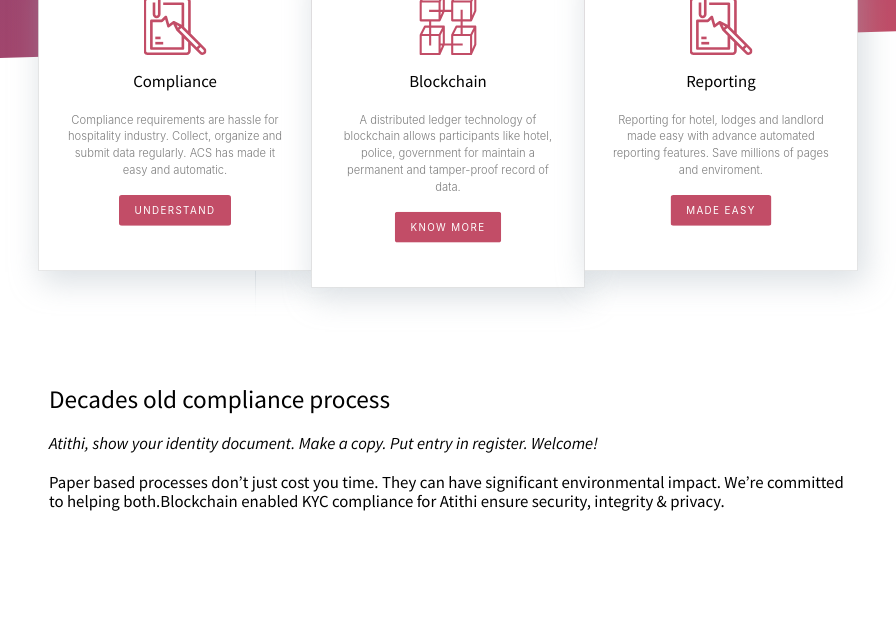
Repository: agarwalrahul-22/acs
Page: /blog
The author's editor kept a copy of each file at every save. The page is drawn from the files as they stood at one save, then again after the next save.
The browser window is 1280 px wide. The pictures show the part of the page from y = 801 to 2721 px (the page is 1701 px tall before and 2721 px after), at 70% of full size.
The project was rebuilt for these pictures with package versions that can differ from the ones it lists, and the page was loaded fresh each time. Also part of the build but not shown: src/components/ImpactComponent.js, src/components/ServicesComponent.js, src/components/CitiesComponent.js, src/components/FooterComponent.js.

Above is the page before, as saved 2022-10-09 17:04:53.

### public/index.html
<!DOCTYPE html>
<html lang="en">
  <head>
    <meta charset="utf-8" />
    <link rel="icon" href="%PUBLIC_URL%/favicon.ico" />
    <meta name="viewport" content="width=device-width, initial-scale=1" />
    <meta name="theme-color" content="#000000" />
    <meta name="description" content="Blockchain based Atithi Compliance System" />
    <link rel="apple-touch-icon" href="%PUBLIC_URL%/logo192.png" />
    <link href='https://fonts.googleapis.com/css?family=Source+Sans+Pro:400,300,600,400italic,700' rel='stylesheet'
      type='text/css'>
    <link rel="stylesheet" href="css/animate.css">
    <link rel="stylesheet" href="css/icomoon.css">
    <link rel="stylesheet" href="css/simple-line-icons.css">
    <link rel="stylesheet" href="css/magnific-popup.css">
    <link rel="stylesheet" href="css/bootstrap.css">
    <link rel="stylesheet" href="css/style3.css">
    <!--
      manifest.json provides metadata used when your web app is installed on a
      user's mobile device or desktop. See https://developers.google.com/web/fundamentals/web-app-manifest/
    -->
    <link rel="manifest" href="%PUBLIC_URL%/manifest.json" />
    <!--
      Notice the use of %PUBLIC_URL% in the tags above.
      It will be replaced with the URL of the `public` folder during the build.
      Only files inside the `public` folder can be referenced from the HTML.

      Unlike "/favicon.ico" or "favicon.ico", "%PUBLIC_URL%/favicon.ico" will
      work correctly both with client-side routing and a non-root public URL.
      Learn how to configure a non-root public URL by running `npm run build`.
    -->
    <title>Atithi Compliance System</title>
  </head>
  <body>
    <noscript>You need to enable JavaScript to run this app.</noscript>
    <div id="root"></div>
    <!--
      This HTML file is a template.
      If you open it directly in the browser, you will see an empty page.

      You can add webfonts, meta tags, or analytics to this file.
      The build step will place the bundled scripts into the <body> tag.

      To begin the development, run `npm start` or `yarn start`.
      To create a production bundle, use `npm run build` or `yarn build`.
    -->
  </body>
</html>

### src/App.js
import React from "react";
import HeaderComponent from "./components/HeaderComponent";
import LandingComponent from "./components/LandingComponent";
import TechComponent from "./components/TechComponent";
import ImpactComponent from "./components/ImpactComponent";
import ServicesComponent from "./components/ServicesComponent";
import CitiesComponent from "./components/CitiesComponent";
import FooterComponent from "./components/FooterComponent";
function App() {
  return (
    <div className="App">
      <HeaderComponent />
      <LandingComponent />
      {/* <TechComponent /> */}
      {/* <ImpactComponent /> */}
      {/* <ServicesComponent /> */}
      {/* <CitiesComponent /> */}
      {/* <FooterComponent /> */}
    </div>
  );
}

export default App;

### public/css/simple-line-icons.css
@font-face {
  font-family: 'simple-line-icons';
  src:  url('../fonts/simple-line-icons/Simple-Line-Icons.eot?v=2.2.2');
  src:  url('../fonts/simple-line-icons/Simple-Line-Icons.eot?#iefix&v=2.2.2') format('embedded-opentype'),
        url('../fonts/simple-line-icons/Simple-Line-Icons.ttf?v=2.2.2') format('truetype'),
        url('../fonts/simple-line-icons/Simple-Line-Icons.woff2?v=2.2.2') format('woff2'),
        url('../fonts/simple-line-icons/Simple-Line-Icons.woff?v=2.2.2') format('woff'),
        url('../fonts/simple-line-icons/Simple-Line-Icons.svg?v=2.2.2#simple-line-icons') format('svg');
  font-weight: normal;
  font-style: normal;
}
/*
 Use the following CSS code if you want to have a class per icon.
 Instead of a list of all class selectors, you can use the generic [class*="icon-"] selector, but it's slower:
*/
.icon-user,
.icon-people,
.icon-user-female,
.icon-user-follow,
.icon-user-following,
.icon-user-unfollow,
.icon-login,
.icon-logout,
.icon-emotsmile,
.icon-phone,
.icon-call-end,
.icon-call-in,
.icon-call-out,
.icon-map,
.icon-location-pin,
.icon-direction,
.icon-directions,
.icon-compass,
.icon-layers,
.icon-menu,
.icon-list,
.icon-options-vertical,
.icon-options,
.icon-arrow-down,
.icon-arrow-left,
.icon-arrow-right,
.icon-arrow-up,
.icon-arrow-up-circle,
.icon-arrow-left-circle,
.icon-arrow-right-circle,
.icon-arrow-down-circle,
.icon-check,
.icon-clock,
.icon-plus,
.icon-close,
.icon-trophy,
.icon-screen-smartphone,
.icon-screen-desktop,
.icon-plane,
.icon-notebook,
.icon-mustache,
.icon-mouse,
.icon-magnet,
.icon-energy,
.icon-disc,
.icon-cursor,
.icon-cursor-move,
.icon-crop,
.icon-chemistry,
.icon-speedometer,
.icon-shield,
.icon-screen-tablet,
.icon-magic-wand,
.icon-hourglass,
.icon-graduation,
.icon-ghost,
.icon-game-controller,
.icon-fire,
.icon-eyeglass,
.icon-envelope-open,
.icon-envelope-letter,
.icon-bell,
.icon-badge,
.icon-anchor,
.icon-wallet,
.icon-vector,
.icon-speech,
.icon-puzzle,
.icon-printer,
.icon-present,
.icon-playlist,
.icon-pin,
.icon-picture,
.icon-handbag,
.icon-globe-alt,
.icon-globe,
.icon-folder-alt,
.icon-folder,
.icon-film,
.icon-feed,
.icon-drop,
.icon-drawar,
.icon-docs,
.icon-doc,
.icon-diamond,
.icon-cup,
.icon-calculator,
.icon-bubbles,
.icon-briefcase,
.icon-book-open,
.icon-basket-loaded,
.icon-basket,
.icon-bag,
.icon-action-undo,
.icon-action-redo,
.icon-wrench,
.icon-umbrella,
.icon-trash,
.icon-tag,
.icon-support,
.icon-frame,
.icon-size-fullscreen,
.icon-size-actual,
.icon-shuffle,
.icon-share-alt,
.icon-share,
.icon-rocket,
.icon-question,
.icon-pie-chart,
.icon-pencil,
.icon-note,
.icon-loop,
.icon-home,
.icon-grid,
.icon-graph,
.icon-microphone,
.icon-music-tone-alt,
.icon-music-tone,
.icon-earphones-alt,
.icon-earphones,
.icon-equalizer,
.icon-like,
.icon-dislike,
.icon-control-start,
.icon-control-rewind,
.icon-control-play,
.icon-control-pause,
.icon-control-forward,
.icon-control-end,
.icon-volume-1,
.icon-volume-2,
.icon-volume-off,
.icon-calendar,
.icon-bulb,
.icon-chart,
.icon-ban,
.icon-bubble,
.icon-camrecorder,
.icon-camera,
.icon-cloud-download,
.icon-cloud-upload,
.icon-envelope,
.icon-eye,
.icon-flag,
.icon-heart,
.icon-info,
.icon-key,
.icon-link,
.icon-lock,
.icon-lock-open,
.icon-magnifier,
.icon-magnifier-add,
.icon-magnifier-remove,
.icon-paper-clip,
.icon-paper-plane,
.icon-power,
.icon-refresh,
.icon-reload,
.icon-settings,
.icon-star,
.icon-symble-female,
.icon-symbol-male,
.icon-target,
.icon-credit-card,
.icon-paypal,
.icon-social-tumblr,
.icon-social-twitter,
.icon-social-facebook,
.icon-social-instagram,
.icon-social-linkedin,
.icon-social-pinterest,
.icon-social-github,
.icon-social-gplus,
.icon-social-reddit,
.icon-social-skype,
.icon-social-dribbble,
.icon-social-behance,
.icon-social-foursqare,
.icon-social-soundcloud,
.icon-social-spotify,
.icon-social-stumbleupon,
.icon-social-youtube,
.icon-social-dropbox {
  font-family: 'simple-line-icons';
  speak: none;
  font-style: normal;
  font-weight: normal;
  font-variant: normal;
  text-transform: none;
  line-height: 1;
  /* Better Font Rendering =========== */
  -webkit-font-smoothing: antialiased;
  -moz-osx-font-smoothing: grayscale;
}
.icon-user:before {
  content: "\e005";
}
.icon-people:before {
  content: "\e001";
}
.icon-user-female:before {
  content: "\e000";
}
.icon-user-follow:before {
  content: "\e002";
}
.icon-user-following:before {
  content: "\e003";
}
.icon-user-unfollow:before {
  content: "\e004";
}
.icon-login:before {
  content: "\e066";
}
.icon-logout:before {
  content: "\e065";
}
.icon-emotsmile:before {
  content: "\e021";
}
.icon-phone:before {
  content: "\e600";
}
.icon-call-end:before {
  content: "\e048";
}
.icon-call-in:before {
  content: "\e047";
}
.icon-call-out:before {
  content: "\e046";
}
.icon-map:before {
  content: "\e033";
}
.icon-location-pin:before {
  content: "\e096";
}
.icon-direction:before {
  content: "\e042";
}
.icon-directions:before {
  content: "\e041";
}
.icon-compass:before {
  content: "\e045";
}
.icon-layers:before {
  content: "\e034";
}
.icon-menu:before {
  content: "\e601";
}
.icon-list:before {
  content: "\e067";
}
.icon-options-vertical:before {
  content: "\e602";
}
.icon-options:before {
  content: "\e603";
}
.icon-arrow-down:before {
  content: "\e604";
}
.icon-arrow-left:before {
  content: "\e605";
}
.icon-arrow-right:before {
  content: "\e606";
}
.icon-arrow-up:before {
  content: "\e607";
}
.icon-arrow-up-circle:before {
  content: "\e078";
}
.icon-arrow-left-circle:before {
  content: "\e07a";
}
.icon-arrow-right-circle:before {
  content: "\e079";
}
.icon-arrow-down-circle:before {
  content: "\e07b";
}
.icon-check:before {
  content: "\e080";
}
.icon-clock:before {
  content: "\e081";
}
.icon-plus:before {
  content: "\e095";
}
.icon-close:before {
  content: "\e082";
}
.icon-trophy:before {
  content: "\e006";
}
.icon-screen-smartphone:before {
  content: "\e010";
}
.icon-screen-desktop:before {
  content: "\e011";
}
.icon-plane:before {
  content: "\e012";
}
.icon-notebook:before {
  content: "\e013";
}
.icon-mustache:before {
  content: "\e014";
}
.icon-mouse:before {
  content: "\e015";
}
.icon-magnet:before {
  content: "\e016";
}
.icon-energy:before {
  content: "\e020";
}
.icon-disc:before {
  content: "\e022";
}
.icon-cursor:before {
  content: "\e06e";
}
.icon-cursor-move:before {
  content: "\e023";
}
.icon-crop:before {
  content: "\e024";
}
.icon-chemistry:before {
  content: "\e026";
}
.icon-speedometer:before {
  content: "\e007";
}
.icon-shield:before {
  content: "\e00e";
}
.icon-screen-tablet:before {
  content: "\e00f";
}
.icon-magic-wand:before {
  content: "\e017";
}
.icon-hourglass:before {
  content: "\e018";
}
.icon-graduation:before {
  content: "\e019";
}
.icon-ghost:before {
  content: "\e01a";
}
.icon-game-controller:before {
  content: "\e01b";
}
.icon-fire:before {
  content: "\e01c";
}
.icon-eyeglass:before {
  content: "\e01d";
}
.icon-envelope-open:before {
  content: "\e01e";
}
.icon-envelope-letter:before {
  content: "\e01f";
}
.icon-bell:before {
  content: "\e027";
}
.icon-badge:before {
  content: "\e028";
}
.icon-anchor:before {
  content: "\e029";
}
.icon-wallet:before {
  content: "\e02a";
}
.icon-vector:before {
  content: "\e02b";
}
.icon-speech:before {
  content: "\e02c";
}
.icon-puzzle:before {
  content: "\e02d";
}
.icon-printer:before {
  content: "\e02e";
}
.icon-present:before {
  content: "\e02f";
}
.icon-playlist:before {
  content: "\e030";
}
.icon-pin:before {
  content: "\e031";
}
.icon-picture:before {
  content: "\e032";
}
.icon-handbag:before {
  content: "\e035";
}
.icon-globe-alt:before {
  content: "\e036";
}
.icon-globe:before {
  content: "\e037";
}
.icon-folder-alt:before {
  content: "\e039";
}
.icon-folder:before {
  content: "\e089";
}
.icon-film:before {
  content: "\e03a";
}
.icon-feed:before {
  content: "\e03b";
}
.icon-drop:before {
  content: "\e03e";
}
.icon-drawar:before {
  content: "\e03f";
}
.icon-docs:before {
  content: "\e040";
}
.icon-doc:before {
  content: "\e085";
}
.icon-diamond:before {
  content: "\e043";
}
.icon-cup:before {
  content: "\e044";
}
.icon-calculator:before {
  content: "\e049";
}
.icon-bubbles:before {
  content: "\e04a";
}
.icon-briefcase:before {
  content: "\e04b";
}
.icon-book-open:before {
  content: "\e04c";
}
.icon-basket-loaded:before {
  content: "\e04d";
}
.icon-basket:before {
  content: "\e04e";
}
.icon-bag:before {
  content: "\e04f";
}
.icon-action-undo:before {
  content: "\e050";
}
.icon-action-redo:before {
  content: "\e051";
}
.icon-wrench:before {
  content: "\e052";
}
.icon-umbrella:before {
  content: "\e053";
}
.icon-trash:before {
  content: "\e054";
}
.icon-tag:before {
  content: "\e055";
}
.icon-support:before {
  content: "\e056";
}
.icon-frame:before {
  content: "\e038";
}
.icon-size-fullscreen:before {
  content: "\e057";
}
.icon-size-actual:before {
  content: "\e058";
}
.icon-shuffle:before {
  content: "\e059";
}
.icon-share-alt:before {
  content: "\e05a";
}
.icon-share:before {
  content: "\e05b";
}
.icon-rocket:before {
  content: "\e05c";
}
.icon-question:before {
  content: "\e05d";
}
.icon-pie-chart:before {
  content: "\e05e";
}
.icon-pencil:before {
  content: "\e05f";
}
.icon-note:before {
  content: "\e060";
}
.icon-loop:before {
  content: "\e064";
}
.icon-home:before {
  content: "\e069";
}
.icon-grid:before {
  content: "\e06a";
}
.icon-graph:before {
  content: "\e06b";
}
.icon-microphone:before {
  content: "\e063";
}
.icon-music-tone-alt:before {
  content: "\e061";
}
.icon-music-tone:before {
  content: "\e062";
}
.icon-earphones-alt:before {
  content: "\e03c";
}
.icon-earphones:before {
  content: "\e03d";
}
.icon-equalizer:before {
  content: "\e06c";
}
.icon-like:before {
  content: "\e068";
}
.icon-dislike:before {
  content: "\e06d";
}
.icon-control-start:before {
  content: "\e06f";
}
.icon-control-rewind:before {
  content: "\e070";
}
.icon-control-play:before {
  content: "\e071";
}
.icon-control-pause:before {
  content: "\e072";
}
.icon-control-forward:before {
  content: "\e073";
}
.icon-control-end:before {
  content: "\e074";
}
.icon-volume-1:before {
  content: "\e09f";
}
.icon-volume-2:before {
  content: "\e0a0";
}
.icon-volume-off:before {
  content: "\e0a1";
}
.icon-calendar:before {
  content: "\e075";
}
.icon-bulb:before {
  content: "\e076";
}
.icon-chart:before {
  content: "\e077";
}
.icon-ban:before {
  content: "\e07c";
}
.icon-bubble:before {
  content: "\e07d";
}
.icon-camrecorder:before {
  content: "\e07e";
}
.icon-camera:before {
  content: "\e07f";
}
.icon-cloud-download:before {
  content: "\e083";
}
.icon-cloud-upload:before {
  content: "\e084";
}
.icon-envelope:before {
  content: "\e086";
}
.icon-eye:before {
  content: "\e087";
}
.icon-flag:before {
  content: "\e088";
}
.icon-heart:before {
  content: "\e08a";
}
.icon-info:before {
  content: "\e08b";
}
.icon-key:before {
  content: "\e08c";
}
.icon-link:before {
  content: "\e08d";
}
.icon-lock:before {
  content: "\e08e";
}
.icon-lock-open:before {
  content: "\e08f";
}
.icon-magnifier:before {
  content: "\e090";
}
.icon-magnifier-add:before {
  content: "\e091";
}
.icon-magnifier-remove:before {
  content: "\e092";
}
.icon-paper-clip:before {
  content: "\e093";
}
.icon-paper-plane:before {
  content: "\e094";
}
.icon-power:before {
  content: "\e097";
}
.icon-refresh:before {
  content: "\e098";
}
.icon-reload:before {
  content: "\e099";
}
.icon-settings:before {
  content: "\e09a";
}
.icon-star:before {
  content: "\e09b";
}
.icon-symble-female:before {
  content: "\e09c";
}
.icon-symbol-male:before {
  content: "\e09d";
}
.icon-target:before {
  content: "\e09e";
}
.icon-credit-card:before {
  content: "\e025";
}
.icon-paypal:before {
  content: "\e608";
}
.icon-social-tumblr:before {
  content: "\e00a";
}
.icon-social-twitter:before {
  content: "\e009";
}
.icon-social-facebook:before {
  content: "\e00b";
}
.icon-social-instagram:before {
  content: "\e609";
}
.icon-social-linkedin:before {
  content: "\e60a";
}
.icon-social-pinterest:before {
  content: "\e60b";
}
.icon-social-github:before {
  content: "\e60c";
}
.icon-social-gplus:before {
  content: "\e60d";
}
.icon-social-reddit:before {
  content: "\e60e";
}
.icon-social-skype:before {
  content: "\e60f";
}
.icon-social-dribbble:before {
  content: "\e00d";
}
.icon-social-behance:before {
  content: "\e610";
}
.icon-social-foursqare:before {
  content: "\e611";
}
.icon-social-soundcloud:before {
  content: "\e612";
}
.icon-social-spotify:before {
  content: "\e613";
}
.icon-social-stumbleupon:before {
  content: "\e614";
}
.icon-social-youtube:before {
  content: "\e008";
}
.icon-social-dropbox:before {
  content: "\e00c";
}

Loaded but not shown: src/index.js (common file); src/index.css (common file); src/reportWebVitals.js (common file); public/css/animate.css (library); public/css/icomoon.css (common file); public/css/magnific-popup.css (library); public/css/bootstrap.css (library); src/components/LandingComponent.js (123 lines, source omitted); src/components/TechComponent.js (58 lines, source omitted); src/components/HeaderComponent.js (31 lines, source omitted); public/css/style3.css (1411 lines, source omitted)

After the next save:
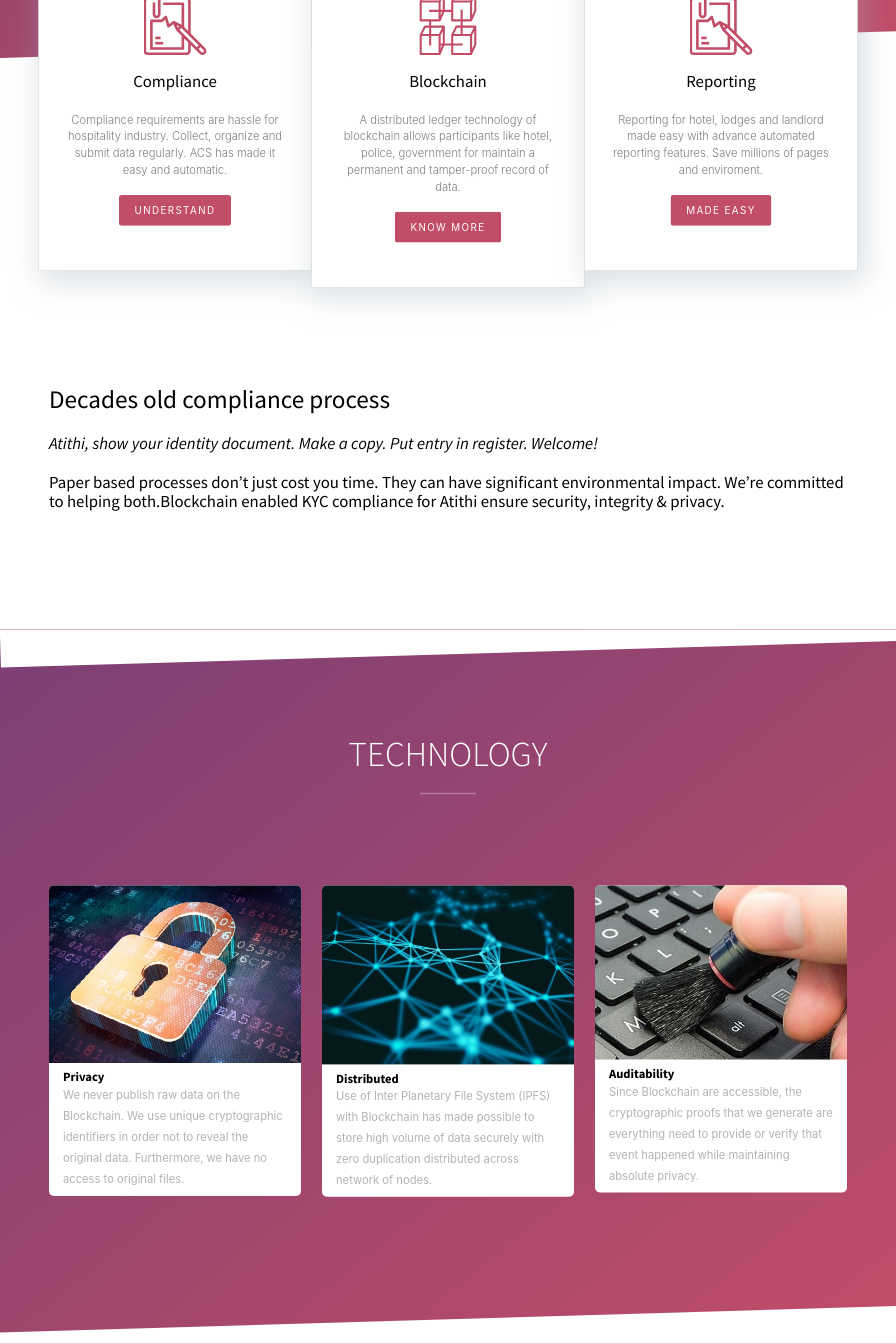
Saved 7 s later.
--- a/src/App.js
+++ b/src/App.js
@@ -11,7 +11,7 @@ function App() {
     <div className="App">
       <HeaderComponent />
       <LandingComponent />
-      {/* <TechComponent /> */}
+      <TechComponent />
       {/* <ImpactComponent /> */}
       {/* <ServicesComponent /> */}
       {/* <CitiesComponent /> */}
